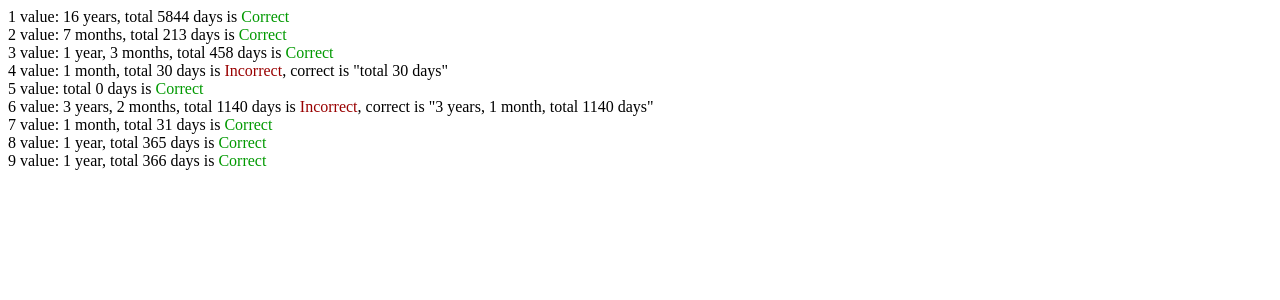
Repository: jamieking1996/tech-assessment-int
Page: index.html
An editor plug-in stored every save of this project. The page is shown before and after the next save, followed by the edit.
The browser window is 1280 px wide. The pictures show the whole page.

Above is the page before, as saved 2021-08-11 10:13:49.

After the next save:
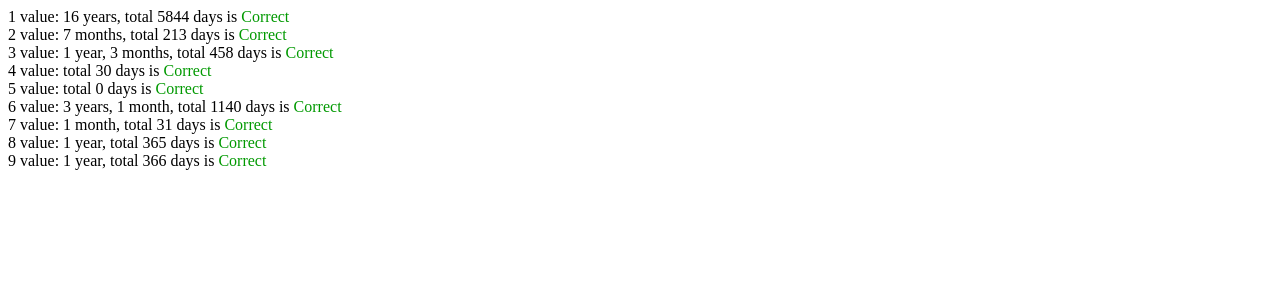
Saved 26 s later.
--- a/main.js
+++ b/main.js
@@ -57,7 +57,7 @@ function getNumberedMonthDifference(beforeDate, afterDate) {
   console.log("beforeDate", beforeDate.getDate());
   console.log("afterDate", afterDate.getDate());
   console.log('dayOffset', dayOffset);
-  return monthOffset - beforeDate.getMonth() + afterDate.getMonth();
+  return monthOffset - beforeDate.getMonth() + afterDate.getMonth() + dayOffset;
 }
 
 function totalDayDiff(d1, d2) {
